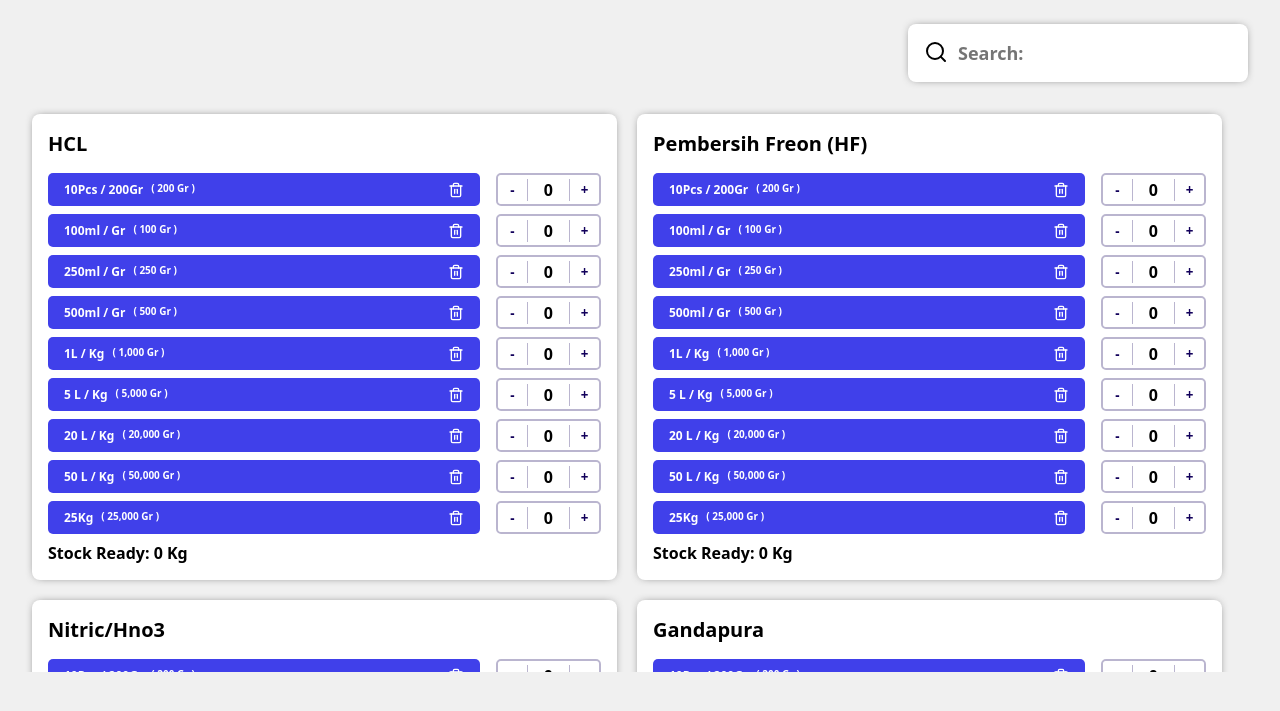
Repository: zuraniumlab-design/upstock-amsk
Page: /
These files come from the project's save history. The page is drawn as it stood at one moment and after the next save; the edit follows.
The browser window is 1280 px wide. The pictures show the whole page.
An inner scrolling area shows only its first screen. The project was rebuilt for these pictures with package versions that can differ from the ones it lists, and the page was loaded fresh each time. Also part of the build but not shown: vite.config.js.

Above is the page before, as saved 2026-06-19 07:30:15.

After the next save:
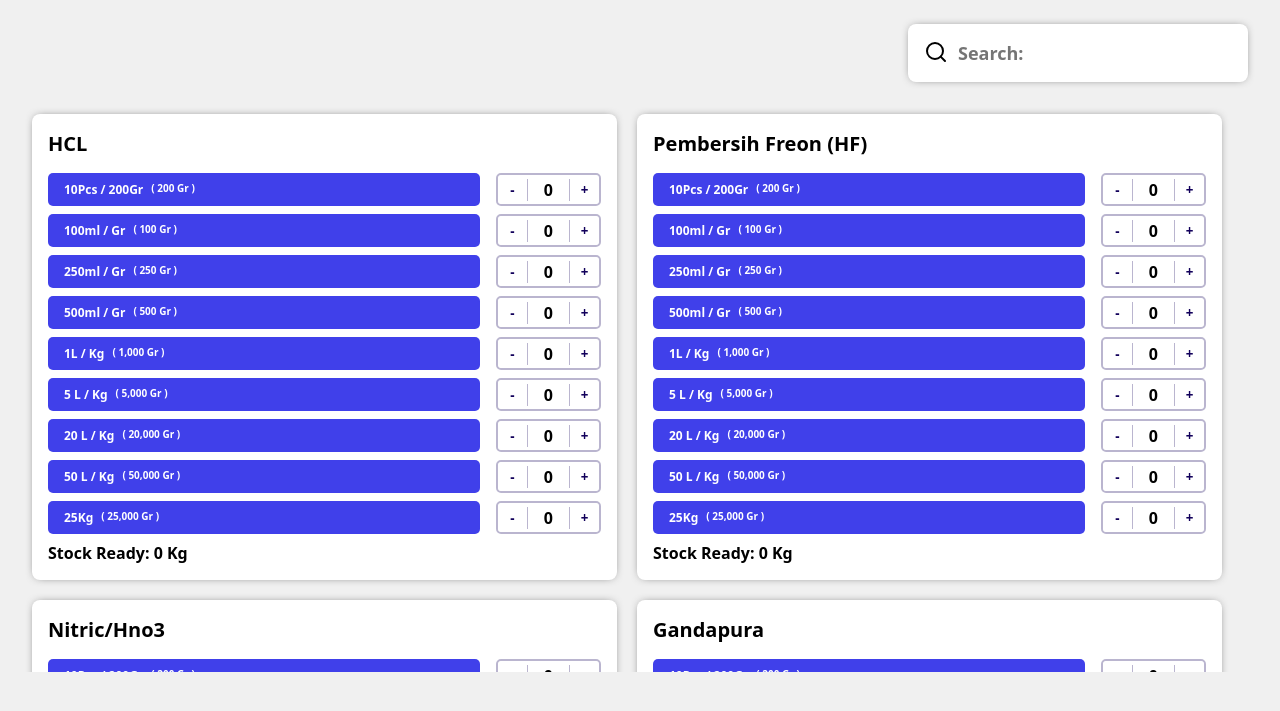
Saved 98 s later.
--- a/src/App.module.css
+++ b/src/App.module.css
@@ -107,6 +107,14 @@
   margin-left: 0.5rem;
   font-size: 10px;
 }
+.displays:hover .removeWeight {
+  opacity: 1;
+}
+
+.removeWeight {
+  opacity: 0;
+  transition: all 0.3s ease;
+}
 
 .stock {
   align-items: center;
